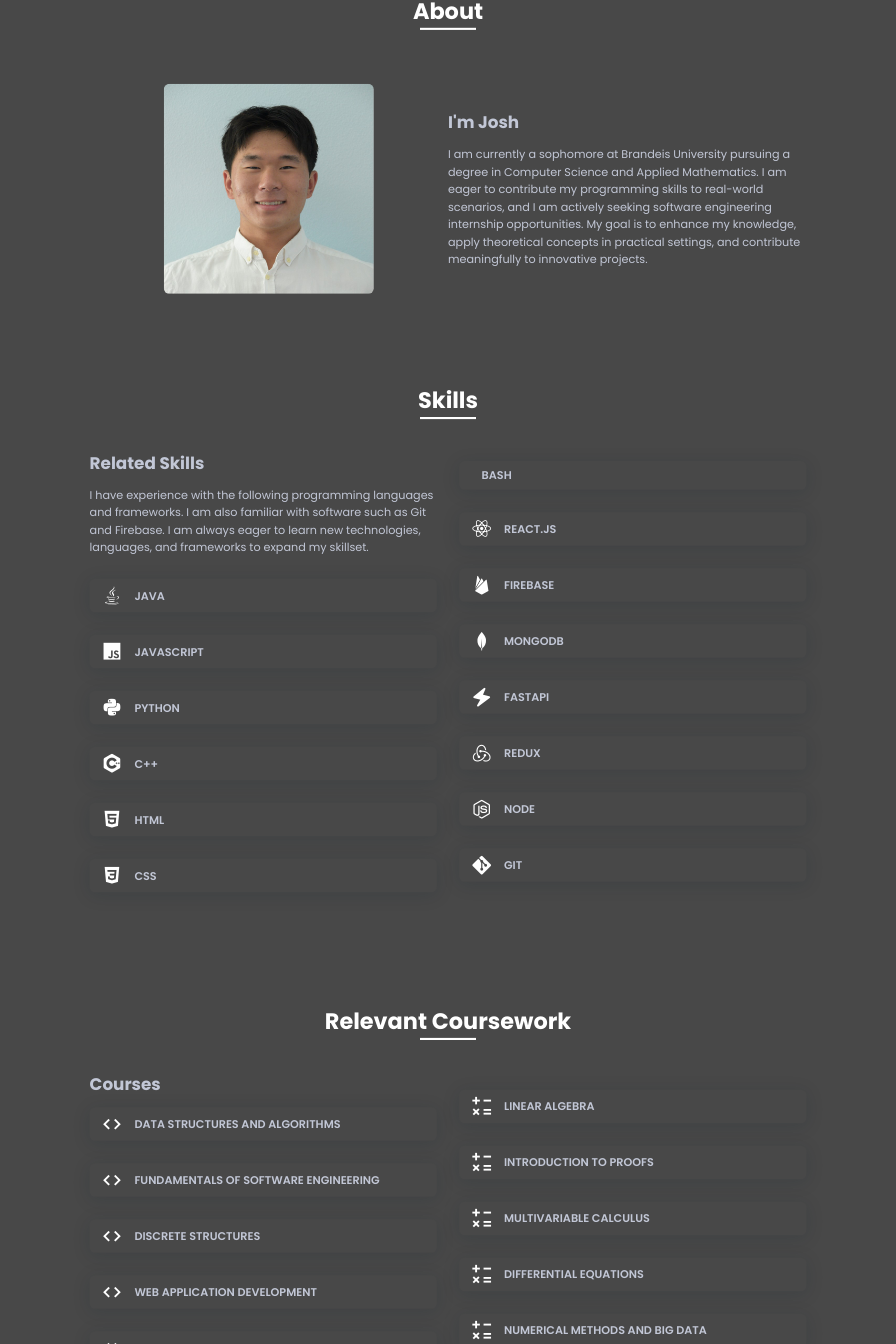
Repository: joshliu14/joshliu14.github.io
Page: index.html
An editor plug-in stored every save of this project. The page is shown before and after the next save, followed by the edit.
The browser window is 1280 px wide. The pictures show the part of the page from y = 694 to 2614 px (the page is 5375 px tall), at 70% of full size.

Above is the page before, as saved 2024-02-01 03:18:12.

After the next save:
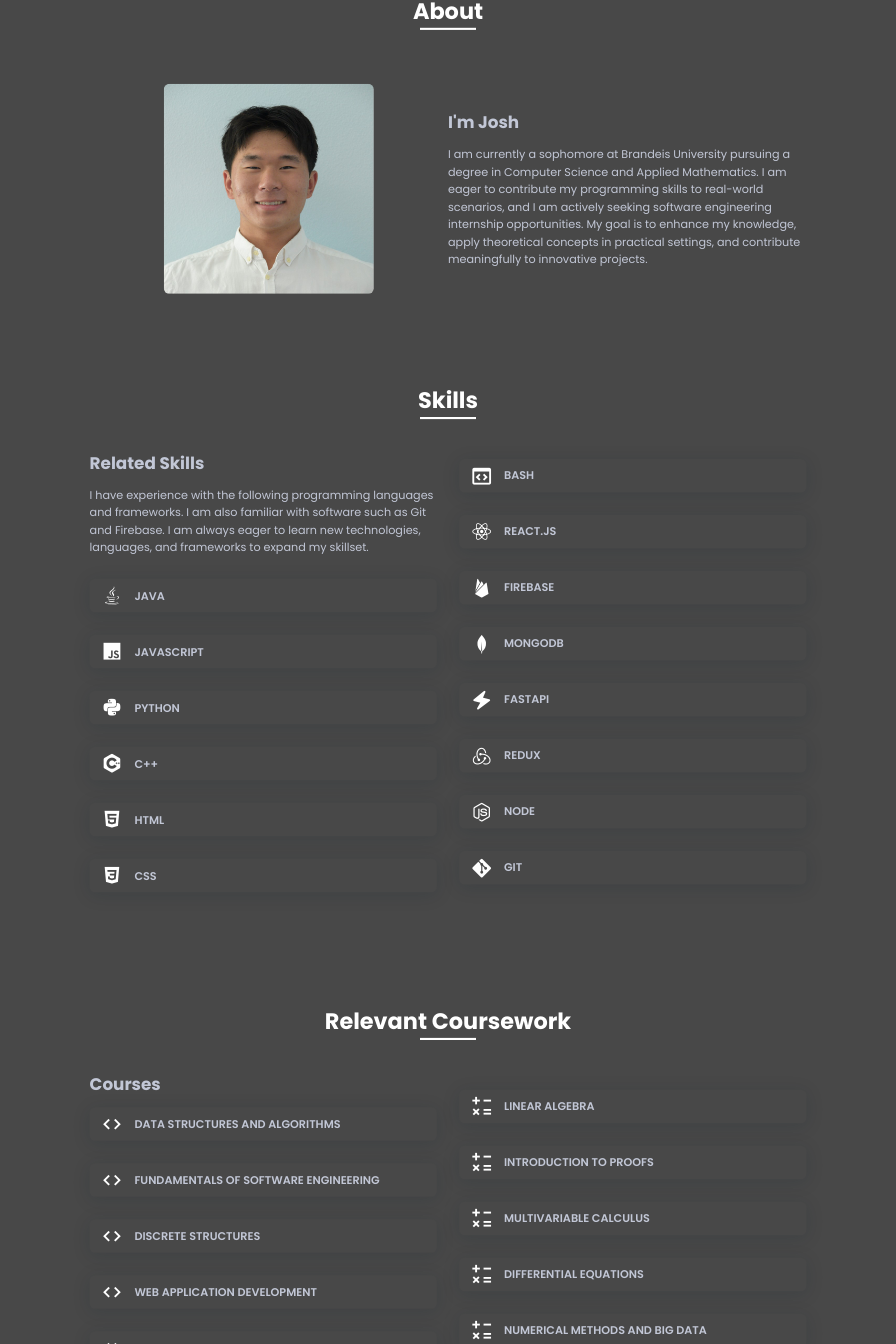
Saved 5 s later.
--- a/index.html
+++ b/index.html
@@ -183,7 +183,7 @@
           <div>
             <div class="skills__data">
               <div class="skills__names">
-                <i class="bx bxs-code-block skills__icon"></i>
+                <i class="bx bx-code-block skills__icon"></i>
                 <span class="skills__name">BASH</span>
               </div>
             </div>
